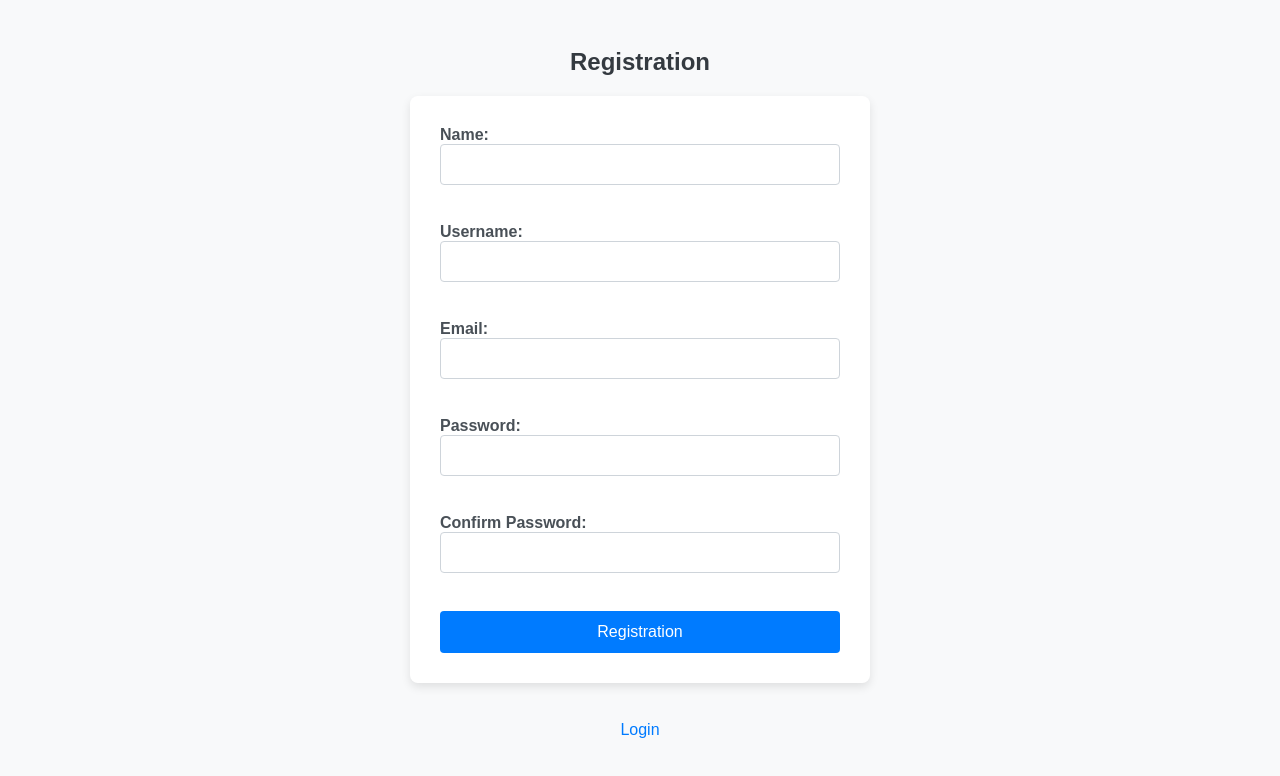
Repository: Acharya-Keerthana/Education
Page: http://localhost/reglog/registration.php
The author's editor kept a copy of each file at every save. The page is drawn from the files as they stood at one save, then again after the next save.
The browser window is 1280 px wide. The pictures show the whole page.
The page is run by PHP 8.4 with error messages shown; the project is at /var/www/html/.

Above is the page before, as saved 2024-04-16 18:02:24.

After the next save:
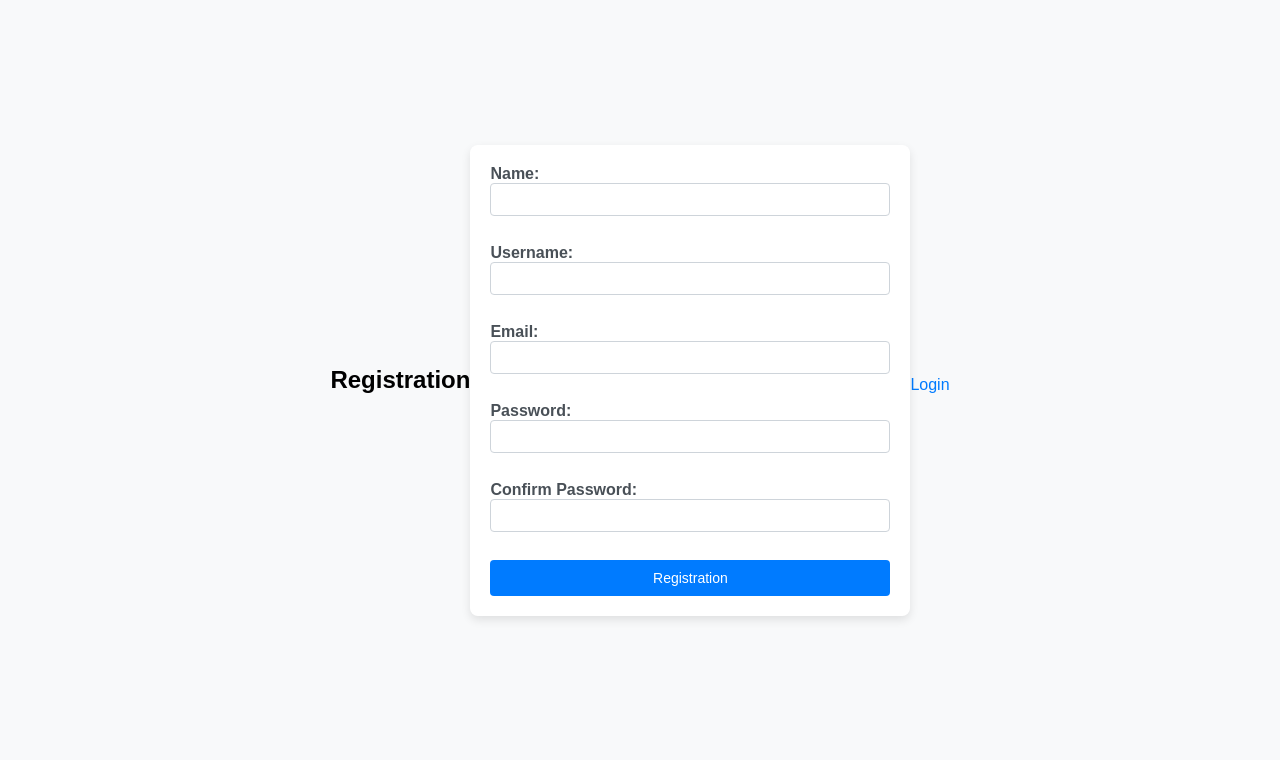
Saved 3 min 18 s later.
--- a/reglog/registration.php
+++ b/reglog/registration.php
@@ -36,22 +36,21 @@ if (isset($_POST["submit"])) {
     <title>Registration</title>
 <style>
     body {
-    font-family: Arial, sans-serif;
-    background-color: #f8f9fa;
-    padding: 20px;
-    height: 100vh;
-    }
-
-    h2 {
-        text-align: center;
-        color: #343a40;
+        font-family: Arial, sans-serif;
+        background-color: #f8f9fa;
+        padding: 20px;
+        height: 100vh;
+        margin: 0;
+        display: flex;
+        justify-content: center;
+        align-items: center;
     }
 
     form {
+        width: 100%;
         max-width: 400px;
-        margin: 0 auto;
         background-color: #fff;
-        padding: 30px;
+        padding: 20px;
         border-radius: 8px;
         box-shadow: 0 4px 10px rgba(0, 0, 0, 0.1);
         animation: slideIn 0.5s ease forwards;
@@ -77,8 +76,8 @@ if (isset($_POST["submit"])) {
     input[type="email"],
     input[type="password"] {
         width: 100%;
-        padding: 12px;
-        margin-bottom: 20px;
+        padding: 8px;
+        margin-bottom: 10px;
         border: 1px solid #ced4da;
         border-radius: 4px;
         box-sizing: border-box;
@@ -94,12 +93,12 @@ if (isset($_POST["submit"])) {
     button {
         background-color: #007bff;
         color: #fff;
-        padding: 12px 20px;
+        padding: 10px 16px;
         border: none;
         border-radius: 4px;
         cursor: pointer;
         width: 100%;
-        font-size: 16px;
+        font-size: 14px;
         transition: background-color 0.3s ease;
     }
 
@@ -110,7 +109,7 @@ if (isset($_POST["submit"])) {
     a {
         display: block;
         text-align: center;
-        margin-top: 20px;
+        margin-top: 10px;
         color: #007bff;
         text-decoration: none;
         transition: color 0.3s ease;
@@ -118,9 +117,9 @@ if (isset($_POST["submit"])) {
 
     a:hover {
         color: #0056b3;
-}
+    }
+</style>
 
-</style>
 </head>
 <body>
     <h2>Registration</h2>
